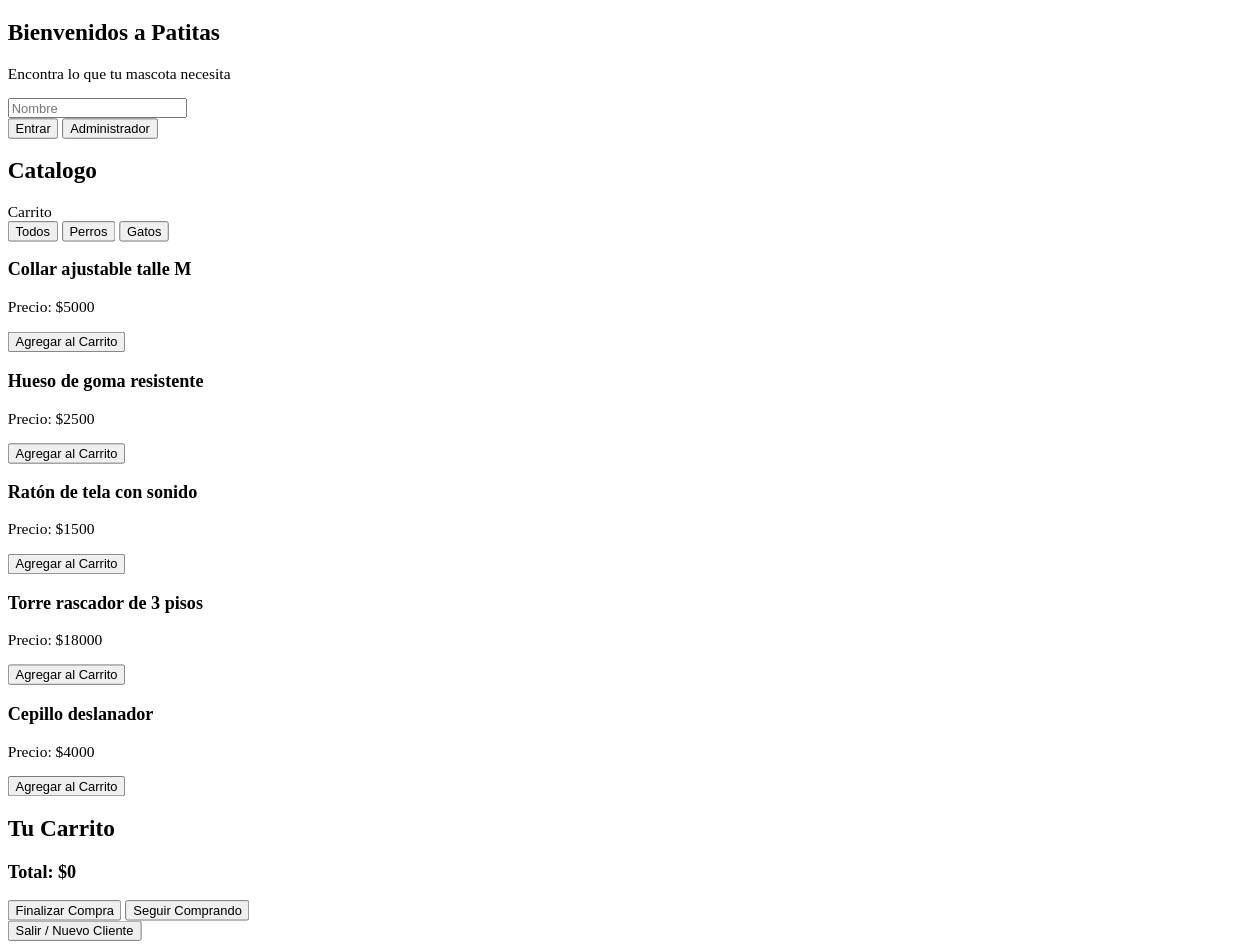
Repository: frank980-0/TP_Integrador_Progra_3
Page: public/index.html
The author's editor kept a copy of each file at every save. The page is drawn from the files as they stood at one save, then again after the next save.
The browser window is 1280 px wide. The pictures show the whole page, at 97% of full size.

Above is the page before, as saved 2026-05-30 00:52:57.

After the next save:
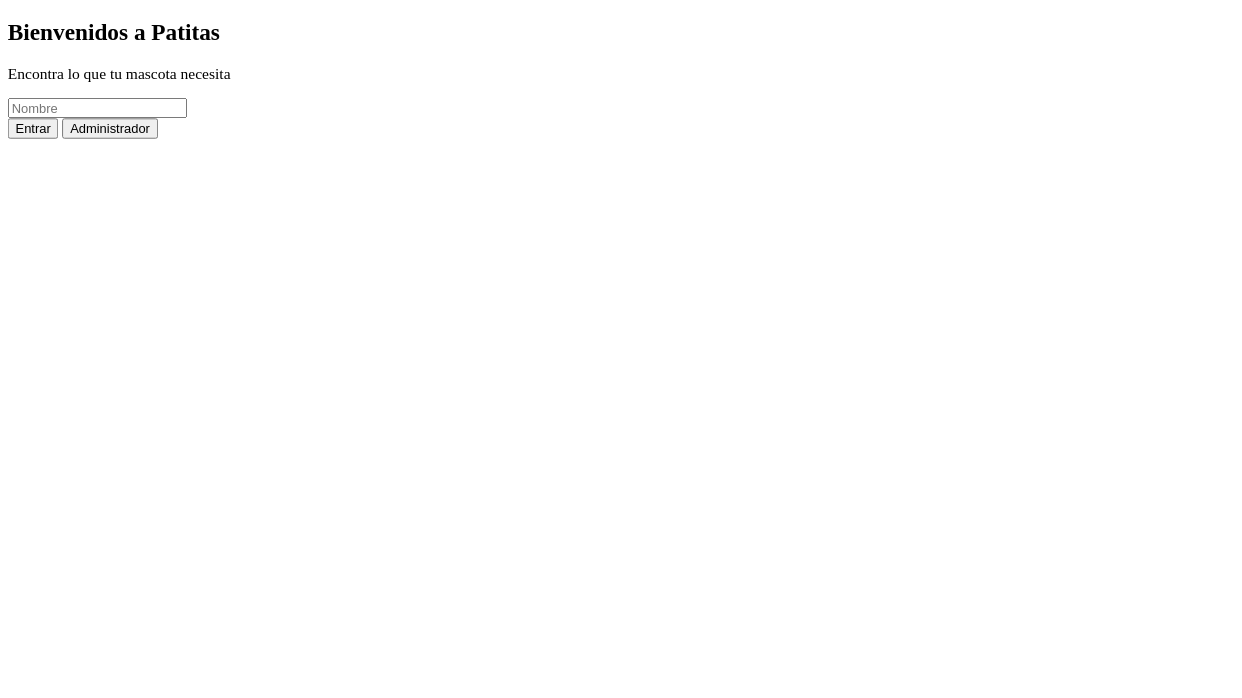
Saved 64 s later.
--- a/public/index.html
+++ b/public/index.html
@@ -4,6 +4,7 @@
     <meta charset="UTF-8" />
     <meta name="viewport" content="width=device-width, initial-scale=1.0" />
     <title>Patitas</title>
+    <link rel="stylesheet" href="./css/estilos.css">
   </head>
   <body>
     <section id="pantalla-inicio">
